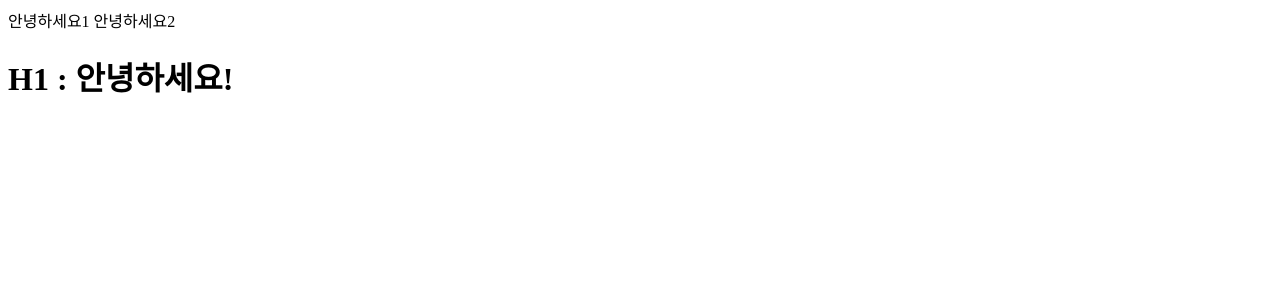
Repository: jjb5442/JSP
Page: 3Day/workspace/02_HTML_tutorial/src/main/webapp/02_Tutorial.html
An editor plug-in stored every save of this project. The page is shown before and after the next save, followed by the edit.
The browser window is 1280 px wide. The pictures show the whole page.

Above is the page before, as saved 2022-05-14 01:38:13.

### 3Day/workspace/02_HTML_tutorial/src/main/webapp/02_Tutorial.html
<!DOCTYPE html>
<html>
<head>
<meta charset="UTF-8">
<title>Insert title here</title>
</head>
<body>
	안녕하세요1
	안녕하세요2
	<h1>H1 : 안녕하세요!</h1>
</body>
</html>

After the next save:
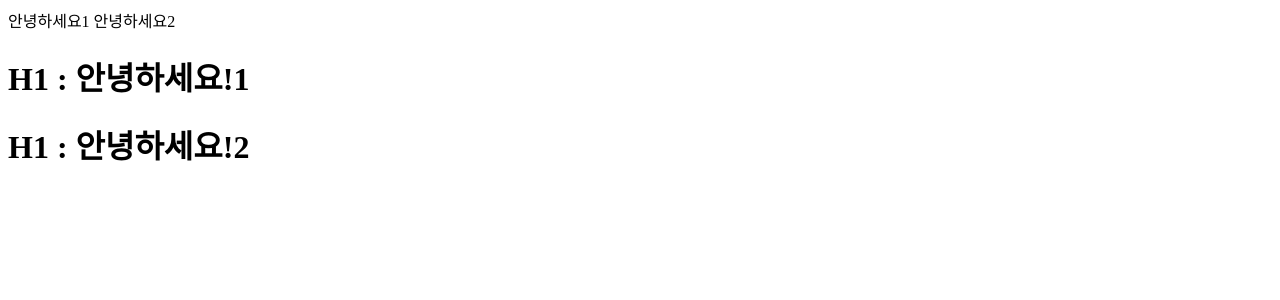
Saved 70 s later.
--- a/3Day/workspace/02_HTML_tutorial/src/main/webapp/02_Tutorial.html
+++ b/3Day/workspace/02_HTML_tutorial/src/main/webapp/02_Tutorial.html
@@ -7,6 +7,7 @@
 <body>
 	안녕하세요1
 	안녕하세요2
-	<h1>H1 : 안녕하세요!</h1>
+	<h1>H1 : 안녕하세요!1</h1>
+	<h1>H1 : 안녕하세요!2</h1>
 </body>
 </html>
